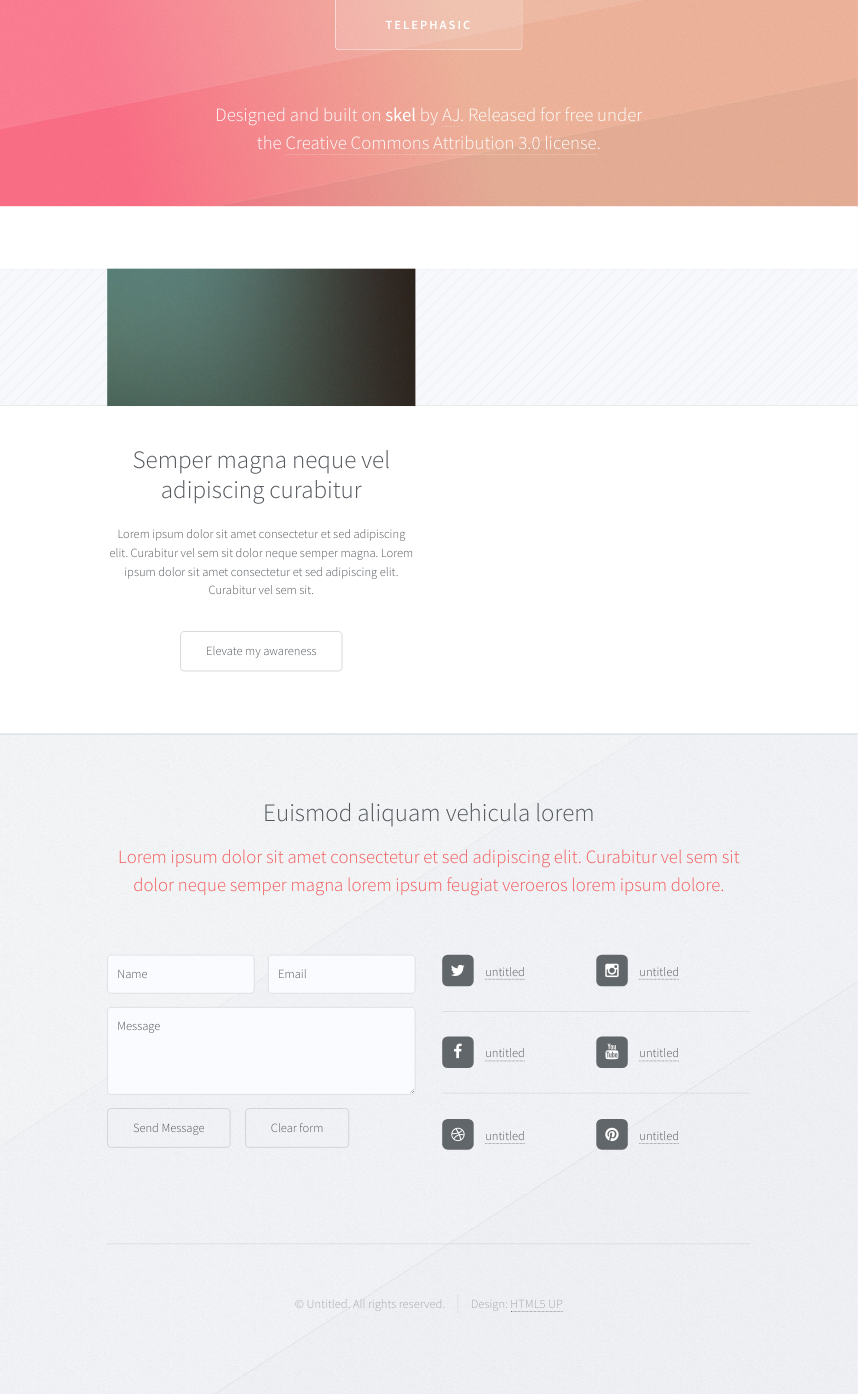
Repository: FranCodeCafe/francodecafe.github.io
Page: index.html
The author's editor kept a copy of each file at every save. The page is drawn from the files as they stood at one save, then again after the next save.
The browser window is 1280 px wide. The pictures show the whole page, at 67% of full size.

Above is the page before, as saved 2020-01-22 14:09:42.

### index.html
<!DOCTYPE HTML>
<!--
	Telephasic by HTML5 UP
	html5up.net | @n33co
	Free for personal and commercial use under the CCA 3.0 license (html5up.net/license)
-->
<html>
	<head>
		<title>Telephasic by HTML5 UP</title>
		<meta http-equiv="content-type" content="text/html; charset=utf-8" />
		<meta name="description" content="" />
		<meta name="keywords" content="" />
		<!--[if lte IE 8]><script src="css/ie/html5shiv.js"></script><![endif]-->
		<script src="js/jquery.min.js"></script>
		<script src="js/jquery.dropotron.min.js"></script>
		<script src="js/skel.min.js"></script>
		<script src="js/skel-layers.min.js"></script>
		<script src="js/init.js"></script>
		<noscript>
			<link rel="stylesheet" href="css/skel.css" />
			<link rel="stylesheet" href="css/style.css" />
		</noscript>
		<!--[if lte IE 8]><link rel="stylesheet" href="css/ie/v8.css" /><![endif]-->
	</head>
	<body class="homepage">

		<!-- Header -->
			<div id="header-wrapper">
				<div id="header" class="container">

					<!-- Logo -->
						<h1 id="logo"><a href="index.html">Telephasic</a></h1>

					<!-- Nav -->
						<!-- <nav id="nav">
							<ul>
								<li>
									<a href="">Dropdown</a>
									<ul>
										<li><a href="#">Lorem ipsum dolor</a></li>
										<li><a href="#">Magna phasellus</a></li>
										<li><a href="#">Etiam dolore nisl</a></li>
										<li>
											<a href="">Phasellus consequat</a>
											<ul>
												<li><a href="#">Lorem ipsum dolor</a></li>
												<li><a href="#">Phasellus consequat</a></li>
												<li><a href="#">Magna phasellus</a></li>
												<li><a href="#">Etiam dolore nisl</a></li>
											</ul>
										</li>
										<li><a href="#">Veroeros feugiat</a></li>
									</ul>
								</li>
								<li><a href="left-sidebar.html">Left Sidebar</a></li>
								<li class="break"><a href="right-sidebar.html">Right Sidebar</a></li>
								<li><a href="no-sidebar.html">No Sidebar</a></li>
							</ul>
						</nav> -->

				</div>

				<!-- Hero -->
					<section id="hero" class="container">
						<!-- <header>
							<h2>Telephasic is a responsive
							<br />
							site template by <a href="http://html5up.net">HTML5 UP</a></h2>
						</header> -->
						<p>Designed and built on <strong>skel</strong> by <a href="http://n33.co">AJ</a>. Released for free under
						<br />
						the <a href="http://html5up.net/license">Creative Commons Attribution 3.0 license</a>.</p>
						<!-- <ul class="actions">
							<li><a href="#" class="button">Get this party started</a></li>
						</ul> -->
					</section>

			</div>

		<!-- Features 1 -->
			<div class="wrapper">
				<div class="container">
					<div class="row">
						<section class="6u 12u(narrower) feature">
							<div class="image-wrapper first">
								<a href="#" class="image featured first"><img src="images/pic01.jpg" alt="" /></a>
							</div>
							<header>
								<h2>Semper magna neque vel<br />
								adipiscing curabitur</h2>
							</header>
							<p>Lorem ipsum dolor sit amet consectetur et sed adipiscing elit. Curabitur vel
							sem sit dolor neque semper magna. Lorem ipsum dolor sit amet consectetur et sed
							adipiscing elit. Curabitur vel sem sit.</p>
							<ul class="actions">
								<li><a href="#" class="button">Elevate my awareness</a></li>
							</ul>
						</section>
						<!-- <section class="6u 12u(narrower) feature">
							<div class="image-wrapper">
								<a href="#" class="image featured"><img src="images/pic02.jpg" alt="" /></a>
							</div>
							<header>
								<h2>Amet lorem ipsum dolor<br />
								sit consequat magna</h2>
							</header>
							<p>Lorem ipsum dolor sit amet consectetur et sed adipiscing elit. Curabitur vel
							sem sit dolor neque semper magna. Lorem ipsum dolor sit amet consectetur et sed
							adipiscing elit. Curabitur vel sem sit.</p>
							<ul class="actions">
								<li><a href="#" class="button">Elevate my awareness</a></li>
							</ul>
						</section> -->
					</div>
				</div>
			</div>

		<!-- Promo -->
			<!-- <div id="promo-wrapper">
				<section id="promo">
					<h2>Neque semper magna et lorem ipsum adipiscing</h2>
					<a href="#" class="button">Breach the thresholds</a>
				</section>
			</div> -->

		<!-- Features 2 -->
			<!-- <div class="wrapper">
				<section class="container">
					<header class="major">
						<h2>Sed magna consequat lorem curabitur tempus</h2>
						<p>Elit aliquam vulputate egestas euismod nunc semper vehicula lorem blandit</p>
					</header>
					<div class="row features">
						<section class="4u 12u(narrower) feature">
							<div class="image-wrapper first">
								<a href="#" class="image featured"><img src="images/pic03.jpg" alt="" /></a>
							</div>
							<p>Lorem ipsum dolor sit amet consectetur et sed adipiscing elit. Curabitur
							vel sem sit dolor neque semper magna lorem ipsum.</p>
						</section>
						<section class="4u 12u(narrower) feature">
							<div class="image-wrapper">
								<a href="#" class="image featured"><img src="images/pic04.jpg" alt="" /></a>
							</div>
							<p>Lorem ipsum dolor sit amet consectetur et sed adipiscing elit. Curabitur
							vel sem sit dolor neque semper magna lorem ipsum.</p>
						</section>
						<section class="4u 12u(narrower) feature">
							<div class="image-wrapper">
								<a href="#" class="image featured"><img src="images/pic05.jpg" alt="" /></a>
							</div>
							<p>Lorem ipsum dolor sit amet consectetur et sed adipiscing elit. Curabitur
							vel sem sit dolor neque semper magna lorem ipsum.</p>
						</section>
					</div>
					<ul class="actions major">
						<li><a href="#" class="button">Elevate my awareness</a></li>
					</ul>
				</section>
			</div>
 -->
		<!-- Footer -->
			<div id="footer-wrapper">
				<div id="footer" class="container">
					<header class="major">
						<h2>Euismod aliquam vehicula lorem</h2>
						<p>Lorem ipsum dolor sit amet consectetur et sed adipiscing elit. Curabitur vel sem sit<br />
						dolor neque semper magna lorem ipsum feugiat veroeros lorem ipsum dolore.</p>
					</header>
					<div class="row">
						<section class="6u 12u(narrower)">
							<form method="post" action="#">
								<div class="row 50%">
									<div class="6u 12u(mobile)">
										<input name="name" placeholder="Name" type="text" />
									</div>
									<div class="6u 12u(mobile)">
										<input name="email" placeholder="Email" type="text" />
									</div>
								</div>
								<div class="row 50%">
									<div class="12u">
										<textarea name="message" placeholder="Message"></textarea>
									</div>
								</div>
								<div class="row 50%">
									<div class="12u">
										<ul class="actions">
											<li><input type="submit" value="Send Message" /></li>
											<li><input type="reset" value="Clear form" /></li>
										</ul>
									</div>
								</div>
							</form>
						</section>
						<section class="6u 12u(narrower)">
							<div class="row 0%">
								<ul class="divided icons 6u 12u(mobile)">
									<li class="icon fa-twitter"><a href="#"><span class="extra">twitter.com/</span>untitled</a></li>
									<li class="icon fa-facebook"><a href="#"><span class="extra">facebook.com/</span>untitled</a></li>
									<li class="icon fa-dribbble"><a href="#"><span class="extra">dribbble.com/</span>untitled</a></li>
								</ul>
								<ul class="divided icons 6u 12u(mobile)">
									<li class="icon fa-instagram"><a href="#"><span class="extra">instagram.com/</span>untitled</a></li>
									<li class="icon fa-youtube"><a href="#"><span class="extra">youtube.com/</span>untitled</a></li>
									<li class="icon fa-pinterest"><a href="#"><span class="extra">pinterest.com/</span>untitled</a></li>
								</ul>
							</div>
						</section>
					</div>
				</div>
				<div id="copyright" class="container">
					<ul class="menu">
						<li>&copy; Untitled. All rights reserved.</li><li>Design: <a href="http://html5up.net">HTML5 UP</a></li>
					</ul>
				</div>
			</div>

	</body>
</html>

### css/style-normal.css
/*
	Telephasic by HTML5 UP
	html5up.net | @n33co
	Free for personal and commercial use under the CCA 3.0 license (html5up.net/license)
*/

/*********************************************************************************/
/* Basic                                                                         */
/*********************************************************************************/

	body,input,textarea,select
	{
		line-height: 1.5em;
		font-size: 14pt;
	}

	span.extra
	{
		display: none;
	}

/*********************************************************************************/
/* Wrappers                                                                      */
/*********************************************************************************/

	.wrapper
	{
		padding: 5em 0 5em 0;
	}

	#header-wrapper
	{
		padding: 2em 0 em 0;
	}

		.homepage #header-wrapper
		{
			padding: 8em 0 4em 0;
		}

	#promo-wrapper
	{
		padding: 5em 0 5em 0;
	}

	#footer-wrapper
	{
		padding: 5em 0 5em 0;
	}

Loaded but not shown: js/jquery.min.js (library); js/jquery.dropotron.min.js (library); js/skel.min.js (library); js/skel-layers.min.js (library); css/font-awesome.min.css (library); js/init.js (92 lines, source omitted); css/style.css (938 lines, source omitted)

After the next save:
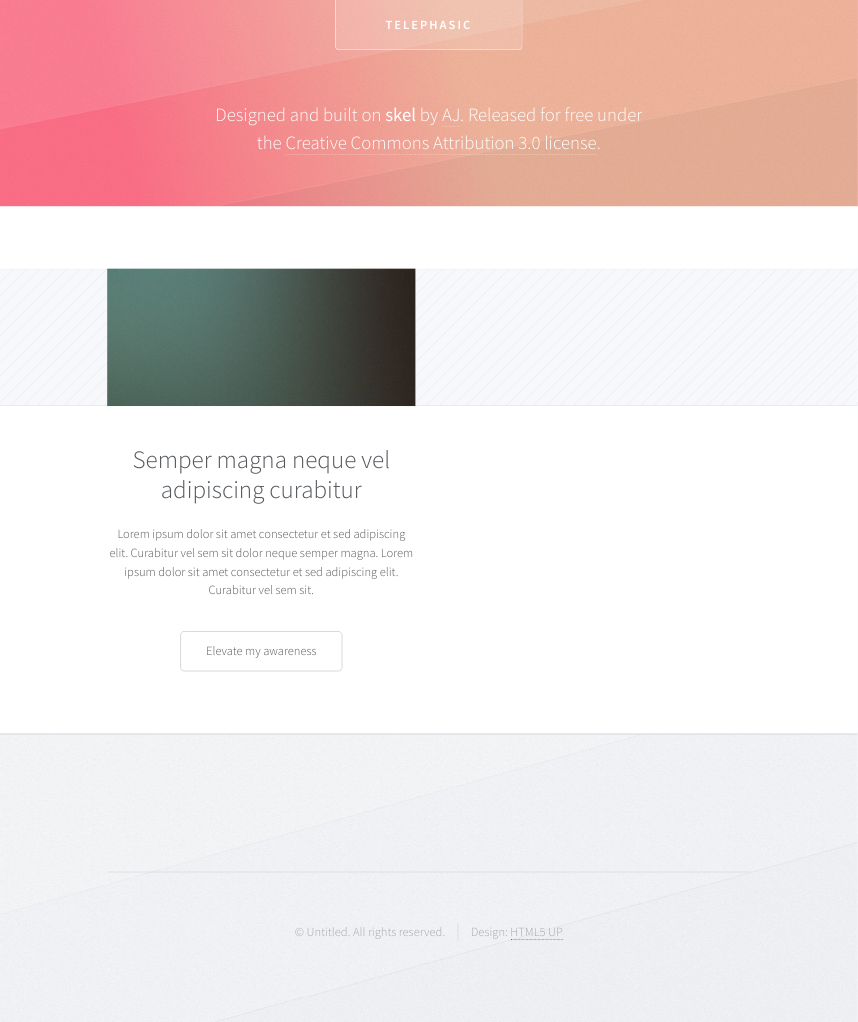
Saved 31 s later.
--- a/index.html
+++ b/index.html
@@ -162,7 +162,7 @@
 		<!-- Footer -->
 			<div id="footer-wrapper">
 				<div id="footer" class="container">
-					<header class="major">
+					<!-- <header class="major">
 						<h2>Euismod aliquam vehicula lorem</h2>
 						<p>Lorem ipsum dolor sit amet consectetur et sed adipiscing elit. Curabitur vel sem sit<br />
 						dolor neque semper magna lorem ipsum feugiat veroeros lorem ipsum dolore.</p>
@@ -207,7 +207,7 @@
 								</ul>
 							</div>
 						</section>
-					</div>
+					</div> -->
 				</div>
 				<div id="copyright" class="container">
 					<ul class="menu">
